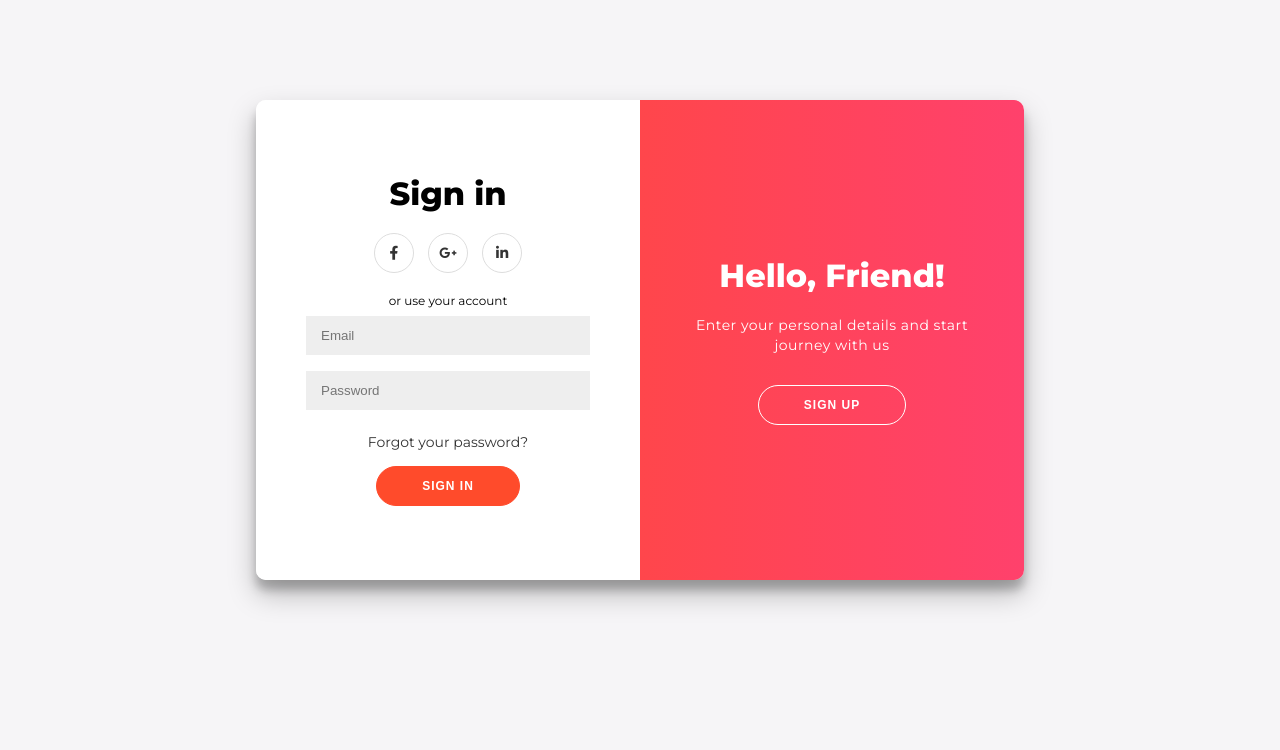
Repository: tranvanthinh/Login_register
Page: index.html
The author's editor kept a copy of each file at every save. The page is drawn from the files as they stood at one save, then again after the next save.
The browser window is 1280 px wide. The pictures show the whole page.
Some web libraries are served in a nearby version.

Above is the page before, as saved 2021-12-30 20:21:56.

After the next save:
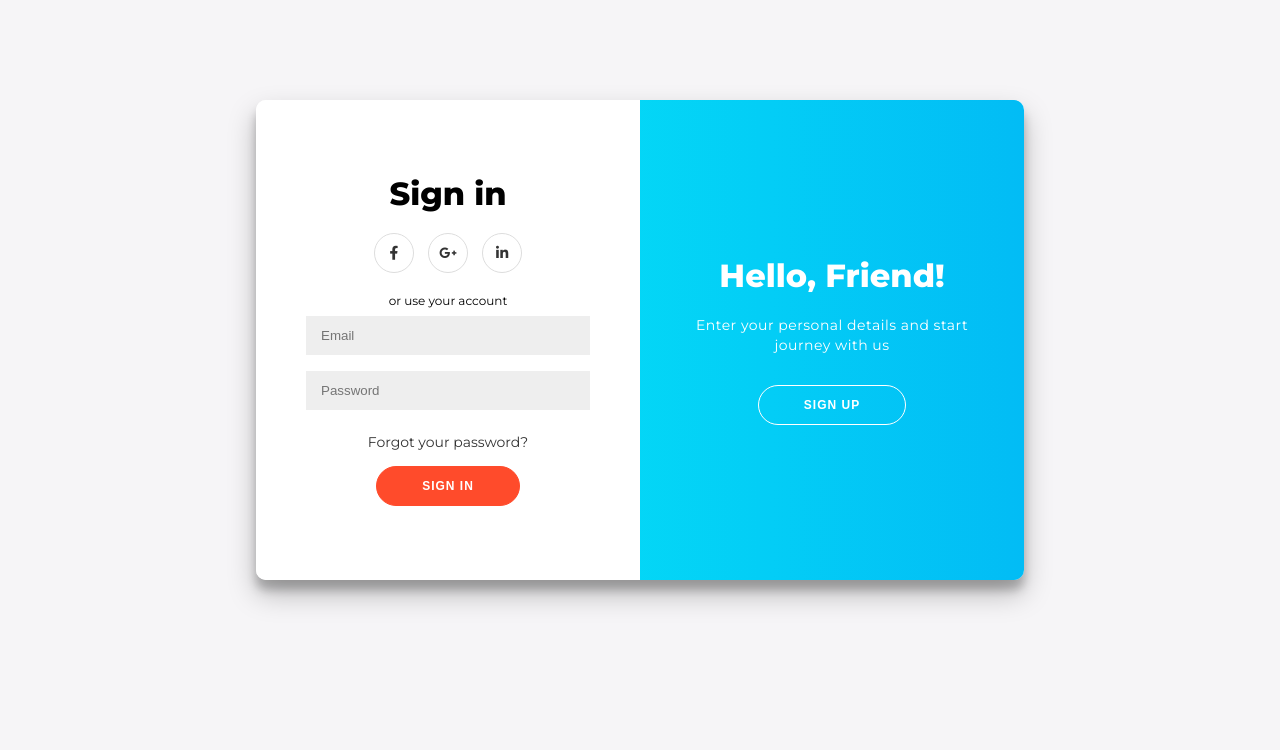
Saved 80 s later.
--- a/css/style.css
+++ b/css/style.css
@@ -164,8 +164,8 @@ input {
 
 .overlay {
   background-color: #FF416C;
-  background: -webkit-linear-gradient(to right, #FF4B2B, #FF416C);
-  background: linear-gradient(to right, #FF4B2B, #FF416C);
+  background: -webkit-linear-gradient(to right, #05f0f8, #02bcf5);
+  background: linear-gradient(to right, #05f0f8, #02bcf5);
   background-repeat: no-repeat;
   background-size: cover;
   background-position: 0 0;
